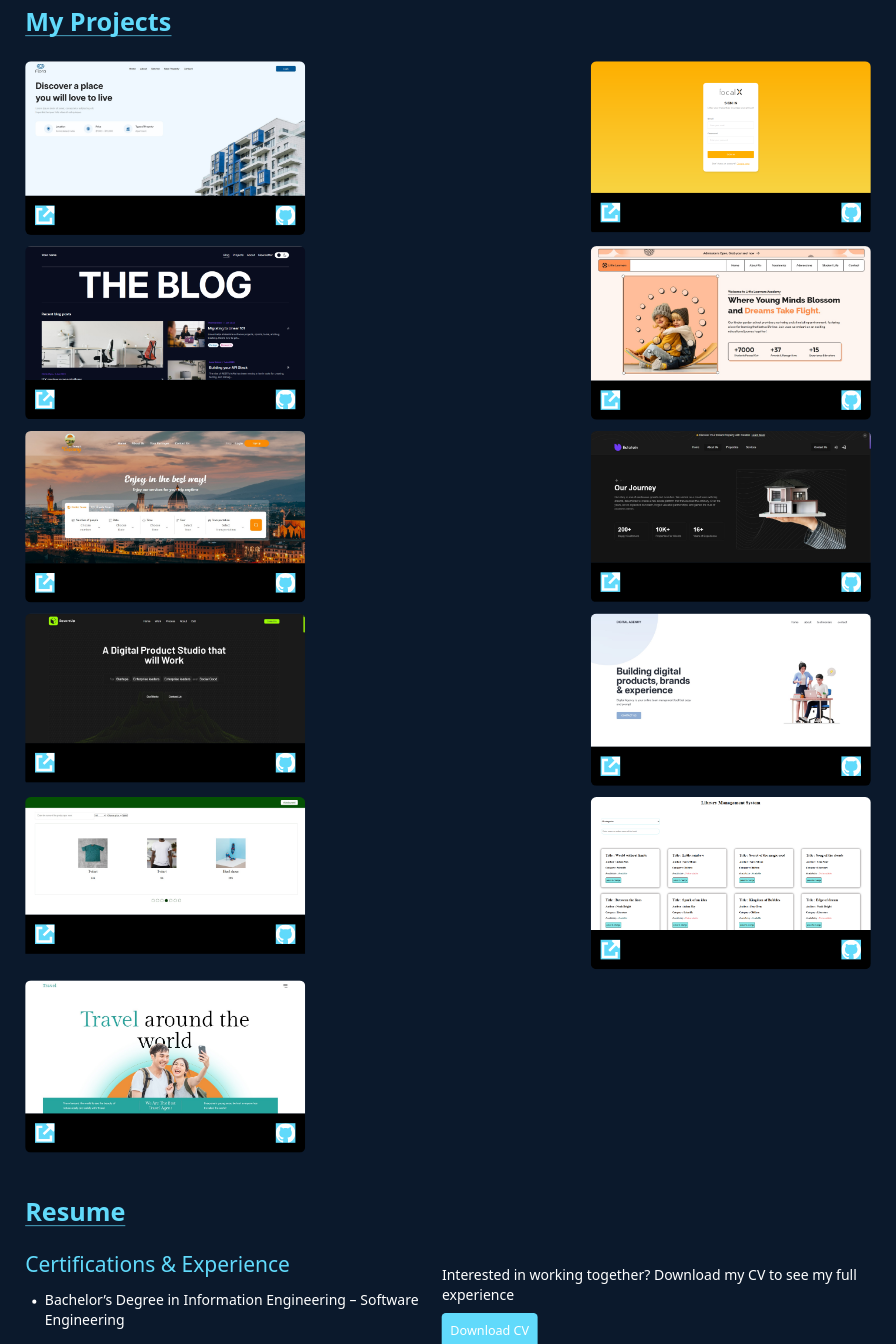
Repository: RawanBarakat-hub/portfolio
Page: /
The author's editor kept a copy of each file at every save. The page is drawn from the files as they stood at one save, then again after the next save.
The browser window is 1280 px wide. The pictures show the part of the page from y = 1652 to 3572 px (the page is 3679 px tall), at 70% of full size.
The project was rebuilt for these pictures with package versions that can differ from the ones it lists, and the page was loaded fresh each time. Also part of the build but not shown: vite.config.ts.

Above is the page before, as saved 2026-02-22 22:05:16.

### index.html
<!doctype html>
<html lang="en">
  <head>
    <meta charset="UTF-8" />
    <link rel="icon" type="image/svg+xml" href="/assets/images/photos/logo.png" />
    <meta name="viewport" content="width=device-width, initial-scale=1.0" />
    <title>Rawan's portfolio</title>
  </head>
  <body>
    <div id="root"></div>
    <script type="module" src="/src/main.tsx"></script>
  </body>
</html>

### src/index.css
@import "tailwindcss";
@theme{
    --color-primary-color: #61DAFB;
    --color-background-color: #0b192c;
    --color-hover-color: #1eb9e4;
}

### src/App.tsx
import Hero from "./components/Hero"
import Main from "./components/Main"
import NavBar from "./components/NavBar"
import { nav_links } from "./data/data"
import "./index.css"
function App() {

  return (
    <div className="bg-background-color px-9">
      <NavBar logo={{source:"/assets/images/photos/logo.png",alternative:"Logo"}}
      nav_links={nav_links}
      bar_icon={{source:"/assets/images/icons/bars.svg",alternative:"bars"}}
      cancel_icon={{source:"/assets/images/icons/cancel.svg",alternative:"bars"}}
      />
      <Hero/>
      <Main/>
    </div>
  )
}

export default App

### src/components/Hero.tsx
import Image from "./Image"
import LinkBtn from "./LinkBtn"
import WelcomeText from "./WelcomeText"

const Hero = () => {
    return (
        <div className="h-screen pt-35 lg:pt-25 flex flex-col lg:flex-row
        justify-center lg:justify-between items-center gap-5">
            <div className="text-center lg:text-left">
                <WelcomeText text="Hello, I’m"/>
                <h1 className="text-white text-3xl lg:text-5xl mt-3 lg:mt-4
                mb-4 lg:mb-6 font-bold">Rawan Mohammad Barakat</h1>
                <p className="text-primary-color text-2xl lg:text-4xl max-w-2xl
                mb-4 lg:mb-14">Frontend Developer crafting clean & responsive web experiences.</p>
                <div className="flex justify-center lg:justify-start gap-4">
                    <LinkBtn url="" text="View my project"/>
                    <LinkBtn url="" text="Contact me"/>
                </div>
            </div>
            <Image source="/assets/images/photos/rawan.png" alternative="rawan"/>
        </div>
    )
}

export default Hero

### src/components/Main.tsx
import SectionAbout from "./SectionAbout"
import SectionProjects from "./SectionProjects"
import SectionReume from "./SectionReume"
import SectionSkills from "./SectionSkills"

const Main = () => {
    return (
        <main>
            <SectionAbout/>
            <SectionSkills/>
            <SectionProjects/>
            <SectionReume/>
        </main>
    )
}

export default Main

### src/components/NavBar.tsx
import { NavLink } from "react-router-dom"
import type { NavProps } from "../interfaces"
import { useState } from "react"

const NavBar = ({logo,nav_links,bar_icon,cancel_icon}:NavProps) => {
    const [show,setShow]=useState<boolean>(true)
    return (
        <div>
            <nav className="flex justify-between pl-5 pr-9 items-center fixed top-0 z-10
            w-full left-0 bg-background-color shadow-md shadow-primary-color">
                <div className="">
                    <img className="" src={logo.source} alt={logo.alternative} />
                </div>
                <div className="hidden lg:block">
                    <ul className="flex gap-6">
                        {nav_links?.map((link,index)=>{
                            return <li key={index}>
                                <NavLink className="text-primary-color text-[18px] font-medium"
                                to={link?.url}>{link?.text}</NavLink>
                            </li>
                        })}
                    </ul>
                </div>
                <button onClick={()=>setShow(!show)}
                className="block lg:hidden"><img src={`${show?bar_icon.source:cancel_icon.source}`}
                alt={`${show?bar_icon.alternative:cancel_icon.alternative}`} /></button>
            </nav>
            <div className={`${show ? "-left-full" :"left-1/2"} absolute top-16.5
            -translate-x-1/2 py-3.5 bg-background-color w-full transition-all`}>
                <ul className="text-center">
                        {nav_links?.map((link,index)=>{
                            return <li key={index} className="mb-4">
                                <NavLink className="text-primary-color text-[18px] font-medium"
                                to={link?.url}>{link?.text}</NavLink>
                            </li>
                        })}
                    </ul>
            </div>
        </div>
    )
}

export default NavBar

### src/data/data.ts
export const nav_links=[
    {
        url:"/",
        text:"Home"
    },
    {
        url:"/",
        text:"About"
    },
    {
        url:"/",
        text:"Skills"
    },
    {
        url:"/",
        text:"Projects"
    },
    {
        url:"/",
        text:"Resume"
    },
    {
        url:"/",
        text:"Contact"
    }
]
export const skills=[
    {
        image:{
            source:"/assets/images/icons/html.svg",
            alternative:"HTMl icon"
        },
        link:{
            url:"https://www.w3schools.com/html/default.asp",
            text:"HTML"
        }
    },
    {
        image:{
            source:"/assets/images/icons/css3.svg",
            alternative:"CSS icon"
        },
        link:{
            url:"https://www.w3schools.com/css/default.asp",
            text:"CSS"
        }
    },
    {
        image:{
            source:"/assets/images/icons/js.svg",
            alternative:"JavaScript icon"
        },
        link:{
            url:"https://www.w3schools.com/js/default.asp",
            text:"JavaScript "
        }
    },
    {
        image:{
            source:"/assets/images/icons/bootstrap.svg",
            alternative:"Bootstrap icon"
        },
        link:{
            url:"https://www.w3schools.com/bootstrap/bootstrap_ver.asp",
            text:"Bootstrap"
        }
    },
    {
        image:{
            source:"/assets/images/icons/tailwind.svg",
            alternative:"Taileind icon"
        },
        link:{
            url:"https://tailwindcss.com/",
            text:"Tailwind"
        }
    },
    {
        image:{
            source:"/assets/images/icons/react.svg",
            alternative:"React icon"
        },
        link:{
            url:"https://www.w3schools.com/react/default.asp",
            text:"React"
        }
    },
    {
        image:{
            source:"/assets/images/icons/ts.svg",
            alternative:"TypeScript icon"
        },
        link:{
            url:"https://www.w3schools.com/typescript/index.php",
            text:"TypeScript"
        }
    },
    {
        image:{
            source:"/assets/images/icons/git.svg",
            alternative:"Git icon"
        },
        link:{
            url:"https://www.w3schools.com/git/default.asp",
            text:"Git"
        }
    }
]
export const projects=[
    {
        image:{
            source:"public/assets/images/photos/flora.jpg",
            alternative:"Flora project"
        },
        title:"Flora",
        text:"Landing Page for a Real Estate Website",
        code_link:"https://github.com/RawanBarakat-hub/task-4-adv",
        project_Link:"https://rawanbarakat-hub.github.io/task-4-adv/"
    },
    {
        image:{
            source:"public/assets/images/photos/dash.jpg",
            alternative:"Dashboard project"
        },
        title:"E-commerce store dashboard",
        text:"Dashboard for managing E-commerce store",
        code_link:"https://github.com/RawanBarakat-hub/task-5-adv",
        project_Link:"https://task-5-adv.vercel.app/"
    },
    {
        image:{
            source:"public/assets/images/photos/blog.jpg",
            alternative:"Blogs project"
        },
        title:"The Blog",
        text:"Website for displaying blogs across different categories.",
        code_link:"https://github.com/RawanBarakat-hub/task-6-adv",
        project_Link:"https://task-6-adv-tawny.vercel.app/"
    },
    {
        image:{
            source:"public/assets/images/photos/littlelearners.jpg",
            alternative:"little learners project"
        },
        title:"Little learners",
        text:"Website for an educational institution.",
        code_link:"https://github.com/RawanBarakat-hub/task-2-adv",
        project_Link:"https://task-2-adv-pi.vercel.app/"
    },
    {
        image:{
            source:"public/assets/images/photos/next.jpg",
            alternative:"next project"
        },
        title:"Travel around the world",
        text:"Website for a travel company.",
        code_link:"https://github.com/RawanBarakat-hub/task-2-adv",
        project_Link:"https://task-7-adv-lac.vercel.app"
    },
    {
        image:{
            source:"public/assets/images/photos/estatein.jpg",
            alternative:"estatein project"
        },
        title:"Estatein",
        text:"Website for a real estate company.",
        code_link:"https://github.com/RaghadDeveloper/estatein",
        project_Link:"https://estatein-umber.vercel.app/"
    },
    {
        image:{
            source:"public/assets/images/photos/agency.jpg",
            alternative:"Digital project"
        },
        title:"Square",
        text:"Website for a digital products company.",
        code_link:"https://github.com/raghadsammour/squareUp.git",
        project_Link:"https://raghadsammour.github.io/squareUp/"
    },
    {
        image:{
            source:"public/assets/images/photos/digital.jpg",
            alternative:"Agency project"
        },
        title:"Digital agency",
        text:"Website for a digital products company.",
        code_link:"https://github.com/RawanBarakat-hub/Task-5",
        project_Link:"https://rawanbarakat-hub.github.io/Task-5/"
    },
    {
        image:{
            source:"public/assets/images/photos/e-commerc.jpg",
            alternative:"E-commerce project"
        },
        title:"E-commerce store",
        text:"Admin dashboard for an e-commerce store",
        code_link:"https://github.com/RawanBarakat-hub/Task-7",
        project_Link:"https://rawanbarakat-hub.github.io/Task-7/"
    },
    {
        image:{
            source:"public/assets/images/photos/library.jpg",
            alternative:"library project"
        },
        title:"Library Management System",
        text:"Website for categorizing and organizing books.",
        code_link:"https://github.com/RawanBarakat-hub/task-1-adv",
        project_Link:"https://rawanbarakat-hub.github.io/task-1-adv/"
    },
    {
        image:{
            source:"public/assets/images/photos/travelhero.jpg",
            alternative:"travel project"
        },
        title:"Travel",
        text:"Simple landing page for a travel agency website",
        code_link:"https://github.com/RawanBarakat-hub/Travel",
        project_Link:"https://rawanbarakat-hub.github.io/Travel/"
    }
]
export const certifications=[
    "Bachelor’s Degree in Information Engineering – Software Engineering",
    "Frontend Development – Beginner Level (Focal X)",
    "Frontend Development – Advanced Level (Focal X)"
]
export const social_media=[
    {
        url:"https://www.facebook.com/rawan.barakat.395?mibextid=wwXIfr&mibextid=wwXIfr",
        image:{
            source:"public/assets/images/icons/facebook.svg",
            alternative:"facebook icon"
        }
    },
    {
        url:"https://github.com/RawanBarakat-hub",
        image:{
            source:"public/assets/images/icons/github.svg",
            alternative:"github icon"
        }
    },
    {
        url:"https://t.me/Rawan_257",
        image:{
            source:"public/assets/images/icons/telegram.svg",
            alternative:"telegram icon"
        }
    },
    {
        url:"https://www.instagram.com/rawan.barakat.395?igsh=MWt1bDBya251YWFyeA%3D%3D&utm_source=qr",
        image:{
            source:"public/assets/images/icons/instagram.svg",
            alternative:"instagram icon"
        }
    },
    {
        url:"https://wa.me/963937278362",
        image:{
            source:"public/assets/images/icons/whatsapp.svg",
            alternative:"whatsapp icon"
        }
    },
    {
        url:"mailto:barakatrawan81@gmail.com",
        image:{
            source:"public/assets/images/icons/email.svg",
            alternative:"email icon"
        }
    }
]

### src/components/Image.tsx
import type { ImageProps } from '../interfaces'

const Image = ({source,alternative}:ImageProps) => {
    return (
        <div className='w-125 h-125 rounded-full border-2 border-primary-color
            shadow-sm shadow-primary-color flex justify-center items-center overflow-hidden
            shrink-0'>
            <img src={source} alt={alternative} />
        </div>
    )
}

export default Image

### src/components/LinkBtn.tsx
import { Link } from 'react-router-dom'
import { type LinkProps } from '../interfaces'
const LinkBtn = ({url,text,image}:LinkProps) => {
    return (
            <Link className="bg-primary-color hover:bg-hover-color
            text-xl text-background-color p-3.5 rounded-lg w-fit flex items-center
            gap-4 transition-all`" to={url}>{text}
            {image && <img className='w-10' src={image?.source} alt={image?.alternative} />}</Link>
    )
}

export default LinkBtn

### src/components/WelcomeText.tsx

const WelcomeText = ({text}:{text:string}) => {
    return (
        <p className="text-primary-color text-xl lg:text-3xl
        font-medium">{text}</p>
    )
}

export default WelcomeText

### src/components/SectionAbout.tsx
import Description from "./Description"
import Image from "./Image"
import TitleSection from "./TitleSection"
import WelcomeText from "./WelcomeText"

const SectionAbout = () => {
    return (
        <section className="py-15 lg:py-8 text-center lg:text-left">
            <TitleSection title="About me"/>
            <div className="flex flex-col lg:flex-row
                justify-center lg:justify-between items-center
                gap-4">
                <Image source="/assets/images/photos/rawan.png" alternative="rawan"/>
                <div className="max-w-3xl">
                    <WelcomeText text="Hi there! i’m Rawan Barakat"/>
                    <Description text="I’m a Software Engineering and Information Systems
                        graduate from Latakia University, with a strong passion
                        for frontend development and website creation."/>
                    <Description text="I completed both my beginner
                        and advanced frontend training at Focal X ,
                        where I built responsive websites using HTML, CSS, JavaScript,
                        and React (JSX and TSX) , working on practical and academic projects."/>
                    <Description text="I focus on writing clean, well-structured
                    code and building modern,responsive websites that perform efficiently across different
                    devices. I’m continuously improving my skills and keeping up with the latest web
                    technologies."/>
                </div>
            </div>
        </section>
    )
}

export default SectionAbout

### src/components/SectionProjects.tsx
import { projects } from "../data/data"
import Card from "./Card"
import Container from "./Container"
import TitleSection from "./TitleSection"

const SectionProjects = () => {
    return (
        <section className="py-15 lg:py-8">
            <TitleSection title="My Projects"/>
            <Container>
                {
                    projects.map((project,index)=>{
                        return <Card key={index}
                        image={project.image} title={project.title}
                        text={project.text} code={project.code_link}
                        deploy={project.project_Link}/>
                    })
                }
            </Container>
        </section>
    )
}

export default SectionProjects

### src/components/SectionReume.tsx
import { certifications } from "../data/data"
import Description from "./Description"
import TitleSection from "./TitleSection"
import WelcomeText from "./WelcomeText"

const SectionReume = () => {
    return (
        <section className="py-15 lg:py-8">
            <TitleSection title="Resume"/>
            <div className="flex justify-between">
                <div>
                    <WelcomeText text="Certifications & Experience" />
                    <ul className="mt-0 list-disc text-white pl-7">
                        {
                            certifications.map((item,index)=>{
                                return <li key={index}>
                                    <Description text={item} />
                                </li>
                            })
                        }
                    </ul>
                </div>
                <div>
                    <Description
                    text="Interested in working together? Download my CV to see my full experience" />
                    <a href="/Rawan Barakat CV.pdf" download
                        className="inline-block p-3 rounded-md bg-primary-color hover:bg-hover-color
                        text-white text-[18px] font-medium mt-3 cursor-pointer"
                        >Download CV</a>
                </div>
            </div>
        </section>
    )
}

export default SectionReume

### src/components/SectionSkills.tsx
import { skills } from "../data/data"
import Container from "./Container"
import Icon from "./Icon"
import TitleSection from "./TitleSection"

const SectionSkills = () => {
    return (
        <section className="py-15 lg:py-8 ">
            <TitleSection title="My Skills"/>
            <Container>
                {
                    skills.map((skill,index)=>{
                        return <Icon key={index} url={skill.link.url}
                        text={skill.link.text} image={skill.image}/>
                    })
            }
            </Container>
        </section>
    )
}

export default SectionSkills

### src/components/Description.tsx

const Description = ({text}:{text:string}) => {
    return (
        <p className="text-white text-xl mt-5">{text}</p>
    )
}

export default Description

### src/components/TitleSection.tsx
import type { TitleSectionProp } from "../interfaces"

const TitleSection = ({title}:TitleSectionProp) => {
    return (
        <h2 className="text-xl lg:text-4xl text-primary-color font-semibold
        mb-4 lg:mb-9 w-fit border-b border-primary-color">{title}</h2>
    )
}

export default TitleSection

### src/components/Card.tsx
import type { CardProps } from "../interfaces"
import Icon from "./Icon"

const Card = ({image,title,text,code,deploy}:CardProps) => {
    return (
        <div className="w-100 rounded-lg overflow-hidden group">
            <div className="relative">
                <img className="w-full h-full" src={image.source} alt={image.alternative} />
                <div className="absolute -top-full group-hover:top-0 text-center
                w-full h-full bg-[#00000088] transition-all flex flex-col
                justify-center items-center">
                    <h3 className="text-white font-medium text-xl">{title}</h3>
                    <p className="text-white text-[18px]">{text}</p>
                </div>
            </div>
            <div className="flex justify-between gap-2 bg-black p-3.5">
                <Icon url={deploy} image={{source:"/assets/images/icons/arrow.svg",
                alternative:"arrow icon"}} />
                <Icon url={code} image={{source:"/assets/images/icons/github.svg",
                alternative:"github icon"}} />
            </div>
        </div>
    )
}

export default Card

### src/components/Container.tsx
import type { ContainerProps } from "../interfaces"

const Container = ({children}:ContainerProps) => {
    return (
        <div className="flex justify-between flex-wrap gap-4">{children}</div>
    )
}

export default Container

### src/components/Icon.tsx
import type { LinkProps } from '../interfaces'

const Icon = ({url,text,image}:LinkProps) => {
    return (
        <a  target="_blank" className={`${text?"bg-linear-to-r from-primary-color to-black font-medium text-xl text-white p-3.5 rounded-lg w-fit flex items-center gap-4   hover:scale-120":
                "bg-primary-color hover:bg-hover-color"}
                transition-all `} href={url}>{text&&
                <span>{text}</span>
                }
            <img className='w-7' src={image?.source} alt={image?.alternative} />
        </a>

    )
}

export default Icon

Loaded but not shown: src/main.tsx (common file)

After the next save:
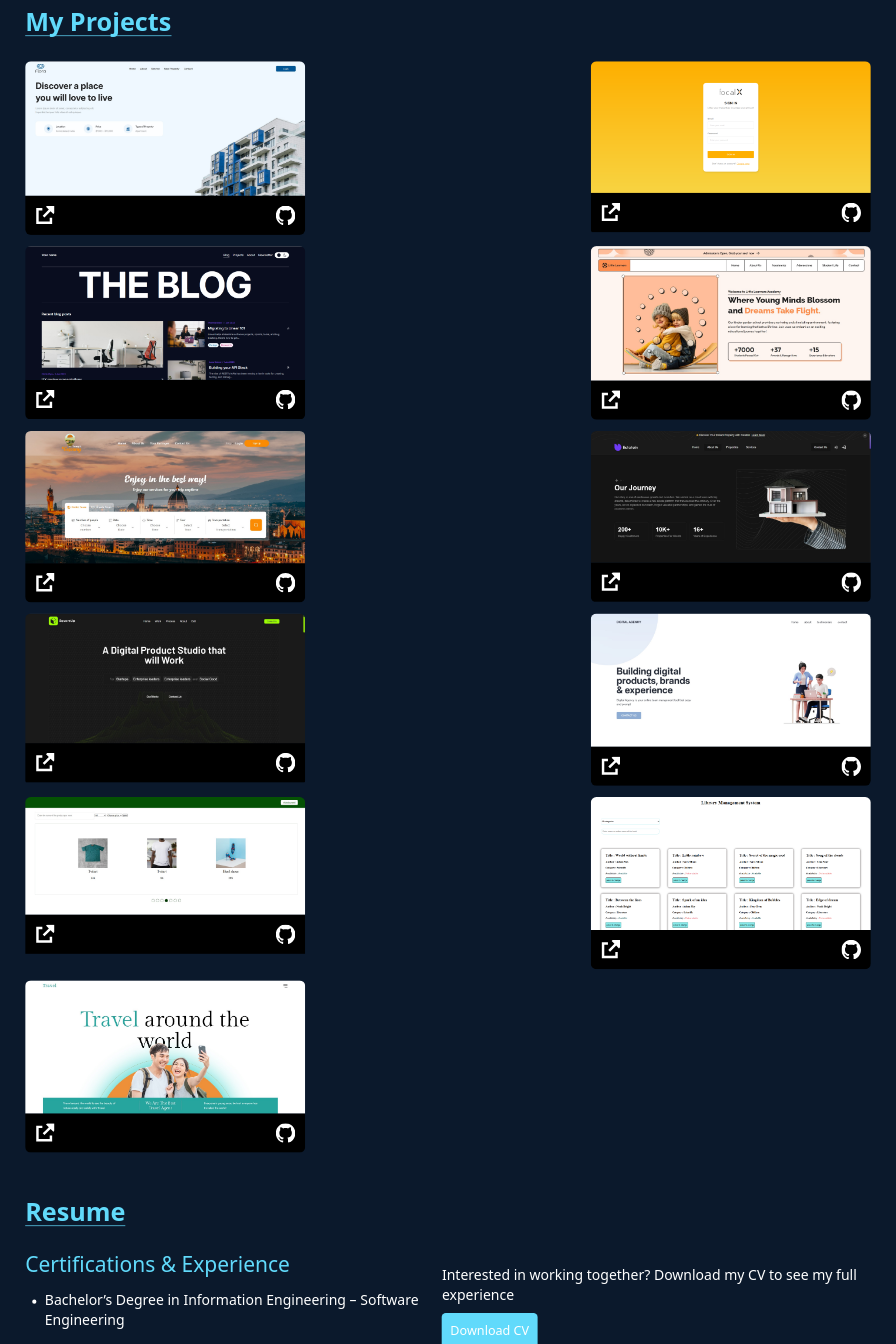
Saved 24 s later.
--- a/src/components/Icon.tsx
+++ b/src/components/Icon.tsx
@@ -3,7 +3,7 @@ import type { LinkProps } from '../interfaces'
 const Icon = ({url,text,image}:LinkProps) => {
     return (
         <a  target="_blank" className={`${text?"bg-linear-to-r from-primary-color to-black font-medium text-xl text-white p-3.5 rounded-lg w-fit flex items-center gap-4   hover:scale-120":
-                "bg-primary-color hover:bg-hover-color"}
+                " hover:bg-hover-color"}
                 transition-all `} href={url}>{text&&
                 <span>{text}</span>
                 }
